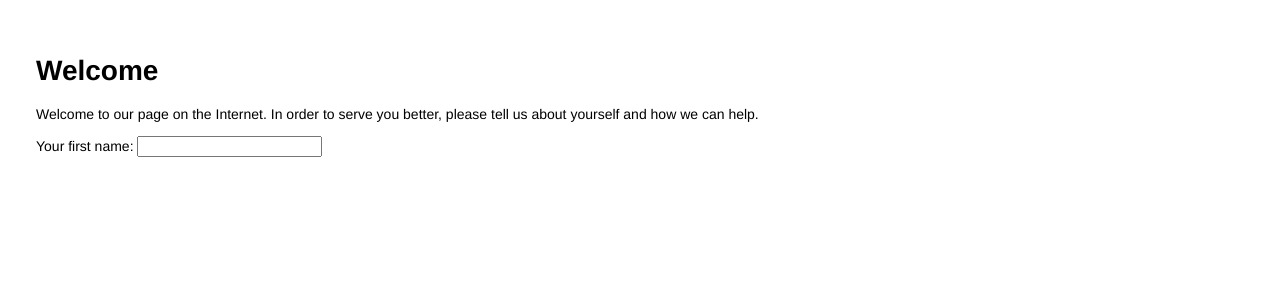
Repository: alboss/bit-175
Page: docs/customer-service.html
An editor plug-in stored every save of this project. The page is shown before and after a run of saves, followed by the edit.
The browser window is 1280 px wide. The pictures show the whole page.

Above is the page before, as saved 2023-04-19 14:19:33.

After the next 2 saves:
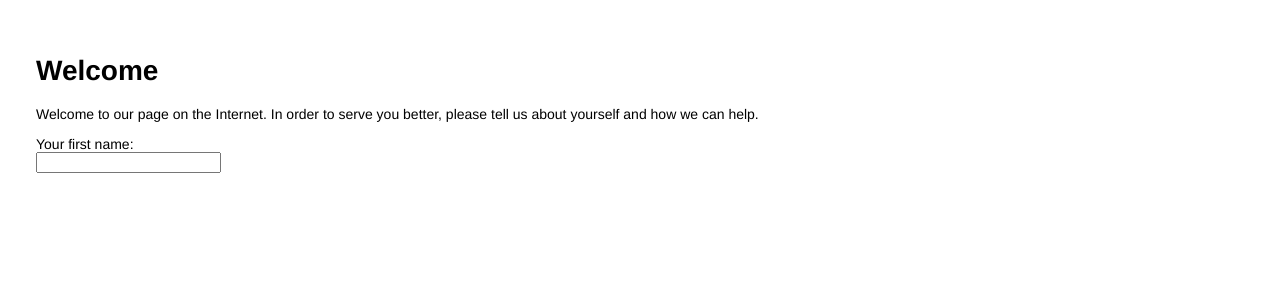
The 2 saves are shown as one change because they came seconds apart.
The last was saved 11 s later.
--- a/docs/customer-service.html
+++ b/docs/customer-service.html
@@ -12,7 +12,7 @@
     <h1>Welcome</h1>
     <p>Welcome to our page on the Internet. In order to serve you better, please tell us about yourself and how we can help.</p>
     <form action="./customer-service.html">
-Your first name: <input id="first-name">
+Your first name:<br><input id="first-name">
 
 
     </form>
